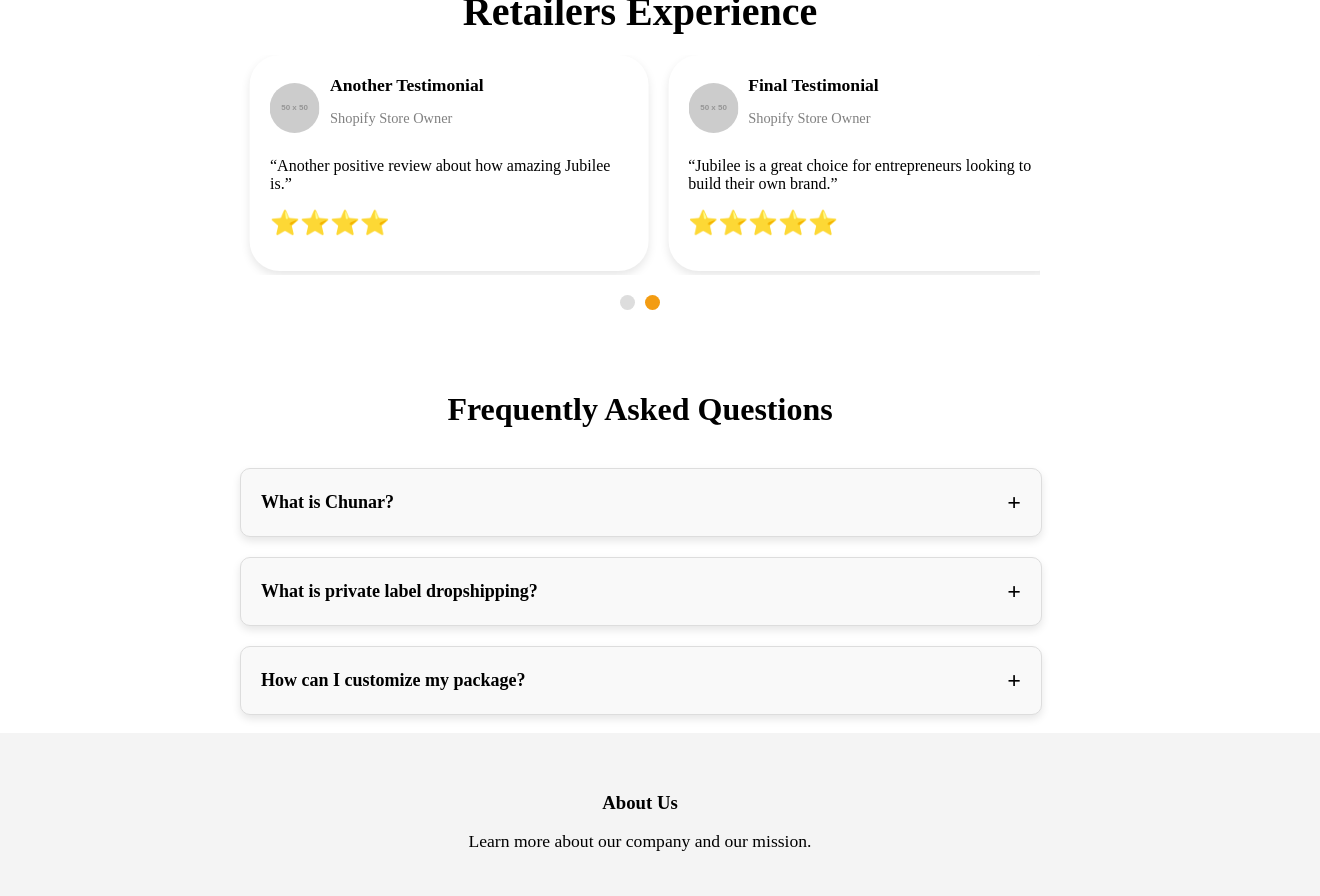
Repository: Nn-Exe/chunar-ecommerce
Page: / (app in ecommerce-frontend/)
The author's editor kept a copy of each file at every save. The page is drawn from the files as they stood at one save, then again after the next save.
The browser window is 1280 px wide. The page is 1320 px wide, so the pictures cover 1320 px, including what lies to the right of the window. The pictures show the part of the page from y = 1109 to 2005 px (the page is 2019 px tall before and 2047 px after).
The page's requests for data from a server got no answer. The project was rebuilt for these pictures with package versions that can differ from the ones it lists, and the page was loaded fresh each time. No one was signed in, and anything a server would have sent is missing.

Above is the page before, as saved 2024-09-11 18:06:52.

After the next save:
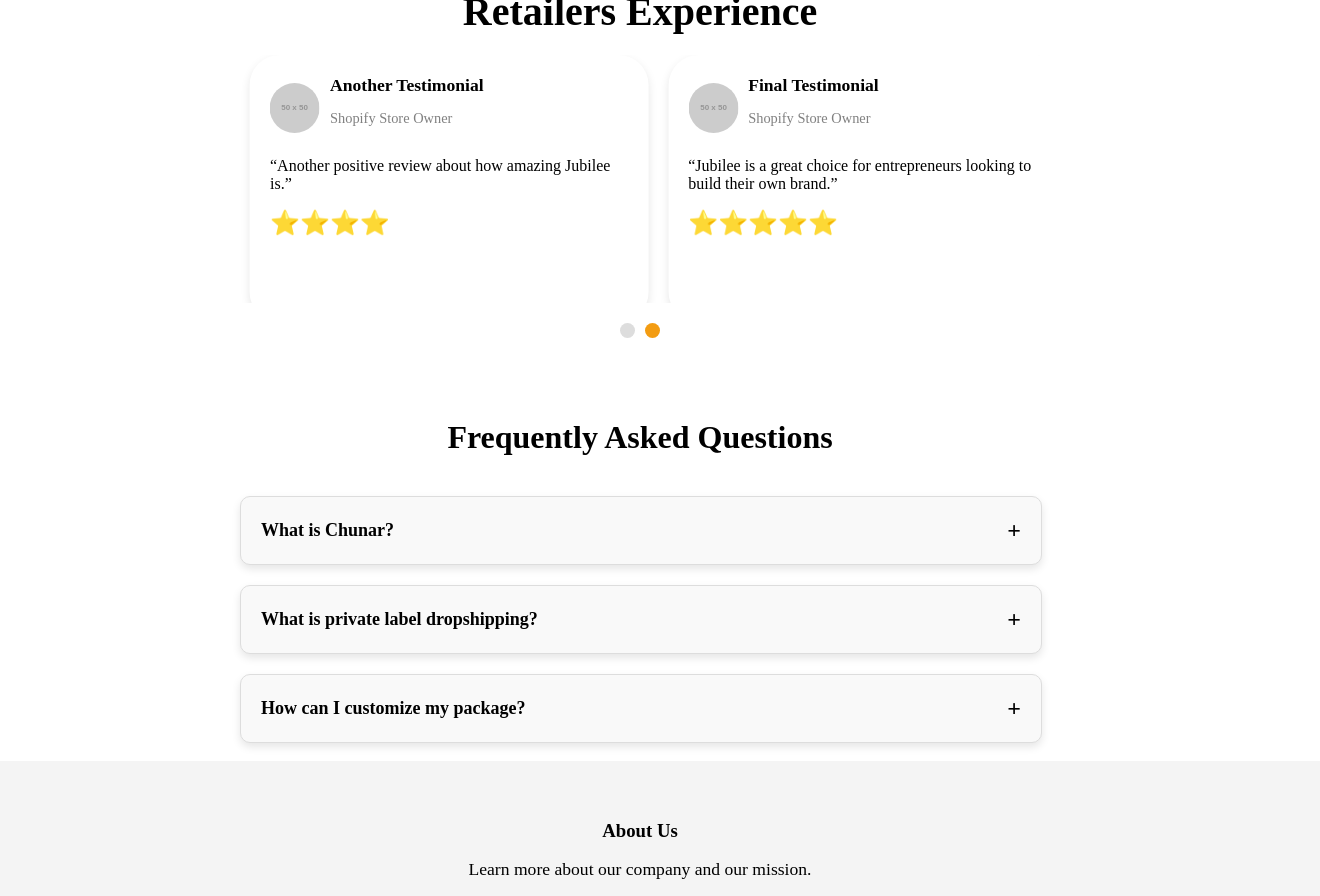
Saved 2 min 25 s later.
--- a/ecommerce-frontend/src/App.css
+++ b/ecommerce-frontend/src/App.css
@@ -249,7 +249,7 @@
 .carousel-inner {
   display: flex;
   transition: transform 0.5s ease-in-out;
-  width: calc(300% * 3); /* Width for two testimonials per slide */
+  width: calc(200% * 2); /* Width for two testimonials per slide */
 }
 
 /* Each card wrapper for two cards per slide */
@@ -271,6 +271,7 @@
   width: 90%;
   height: 80%;
   position: center;
+  padding-bottom: 3rem;
 }
 
 .profile {

After the save that followed:
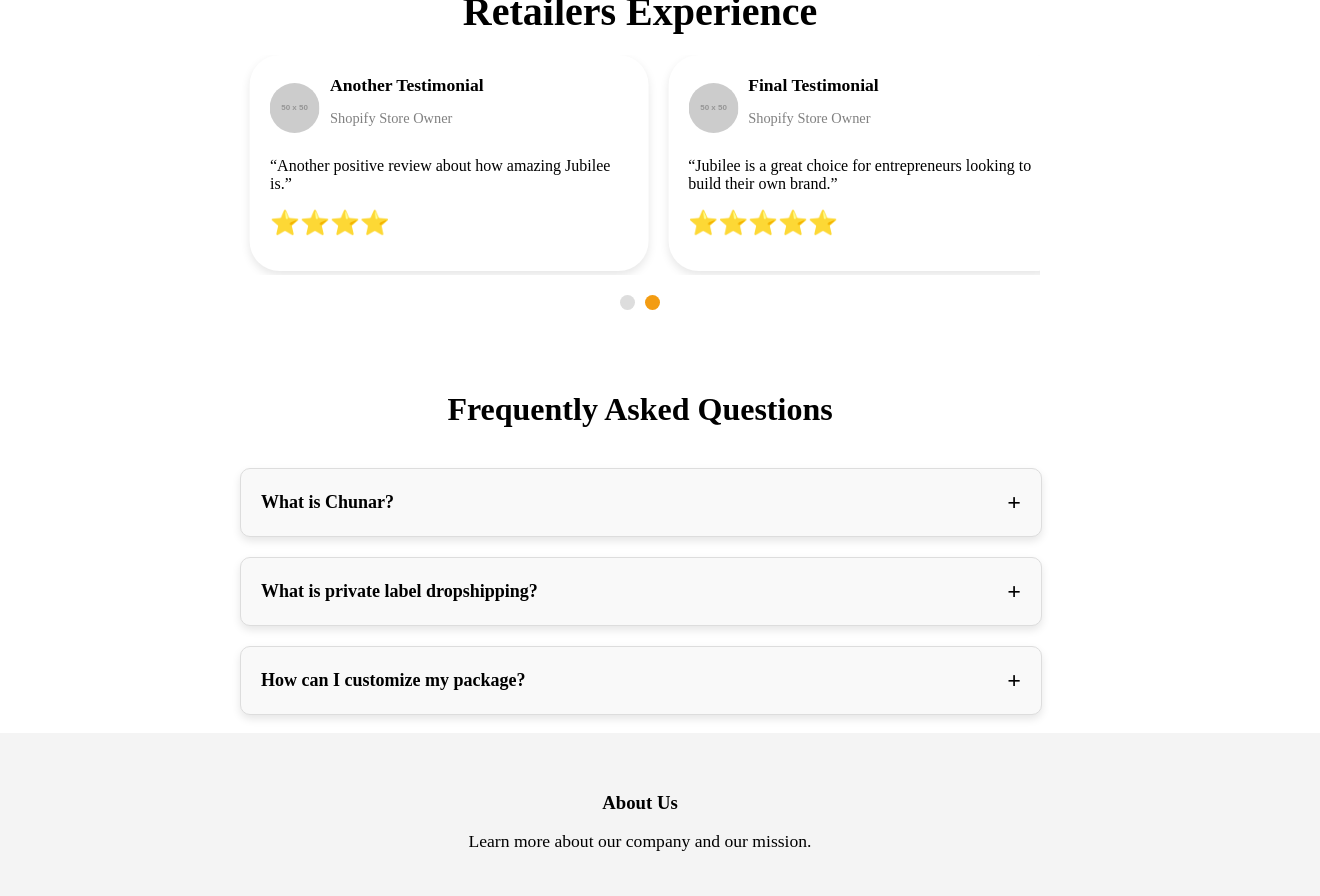
Saved 10 s later.
--- a/ecommerce-frontend/src/App.css
+++ b/ecommerce-frontend/src/App.css
@@ -271,7 +271,7 @@
   width: 90%;
   height: 80%;
   position: center;
-  padding-bottom: 3rem;
+
 }
 
 .profile {
